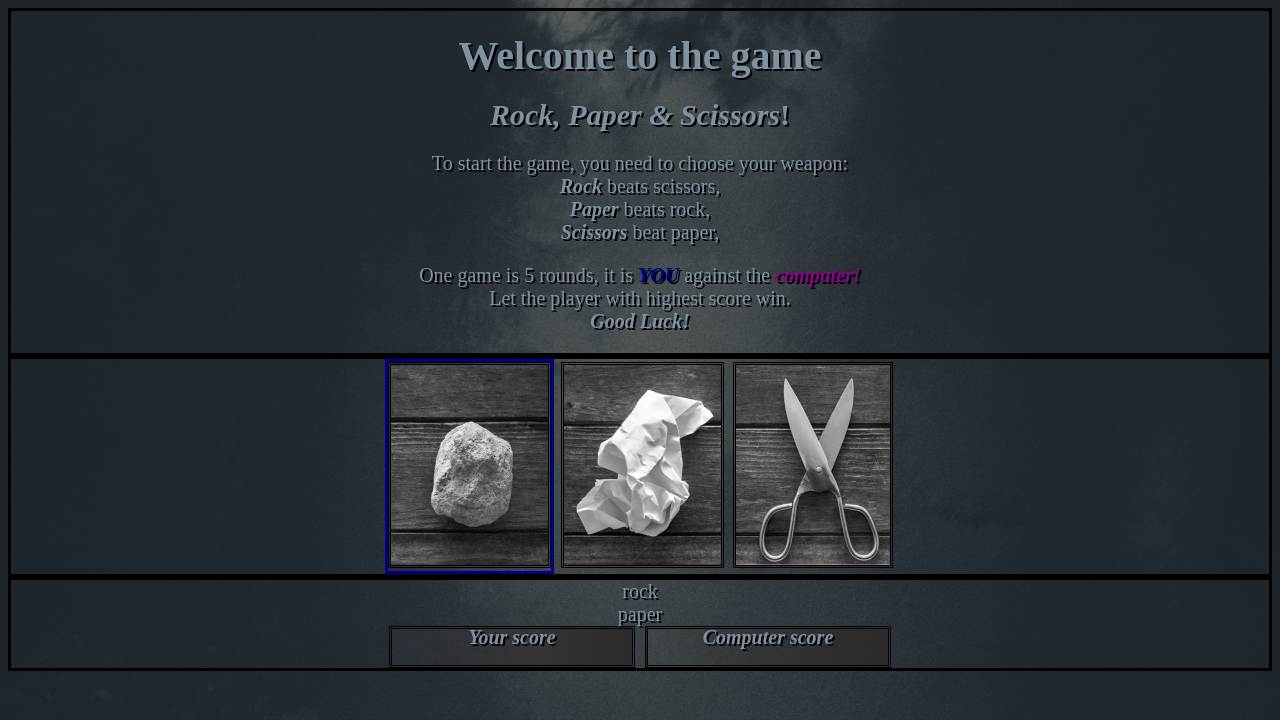
Repository: agneta1991/rock-paper-scissors
Page: Desktop/coding/index.html
An editor plug-in stored every save of this project. The page is shown before and after the next save, followed by the edit.
The browser window is 1280 px wide. The pictures show the whole page.
After loading, the first visible `button.rock` was clicked once.

Above is the page before, as saved 2023-03-03 10:13:39.

### Desktop/coding/index.html
<!DOCTYPE html>
<html lang="en">
<head>
    <meta charset="UTF-8">
    <title>Rock Paper Scissors</title>
    <link rel="styleSheet" href='styles.css'>
</head>
<body>
    <script src="javascript.js" defer></script>
    <div class="container1">
        <div class="title">
            <h1>Welcome to the game </h1>
            <h2><span>Rock, Paper & Scissors</span>!</h2>
            <p>To start the game, you need to choose your weapon:<br>
            <span>Rock</span> beats scissors, <br>
            <span>Paper</span> beats rock, <br>
            <span>Scissors</span> beat paper,</p>
            <p>One game is 5 rounds, it is <span style="color: darkblue">YOU</span> against the <span style="color: darkmagenta">computer!</span><br>
            Let the player with highest score win.<br>
        <span>Good Luck!</span></p>
        </div>
    </div>
    <div class ="container2">
        <div class="options">
            <button class="rock"> <img src='images/rock.png'></button>
            <button class="paper"><img src='images/paper.png'></button>
            <button class="scissors"><img src='images/scissors.png'></button>
        </div>
    </div>
    <div class="container3">
        <div id="playerChoice"></div><div id="computerChoice"></div>
        <div class="score">
            <div class="playerScore"><span>Your score<span></span>
            <p class="displayedPlayerScore"></p></div>
            <div class="computerScore"><span>Computer score<span></span>
            <p class="displayedComputerScore"></p></div></div>
        </div>
    </div>
</body>
</html>

### Desktop/coding/styles.css
body{
    background-image: url('images/background.jpg');
    background-size:100%;
}
h1, h2{
    line-height: 90%;
}

.container1, .container2, .container3{
    border: solid black;
    color: rgb(128, 146, 161);
    text-shadow: 2px 2px black;
    font-size: 20px;
}
span{
    font-weight: bold;
    font-style: italic;
}
.container1{
    display: flex;
    justify-content: center;
    text-align: center;
}


img{
    width: auto ;
    height: 200px ;
    border-style: double;
}

.container2 {
    display: flex;
    justify-content: center;
    gap: 8px;
}
button{
    background-color: transparent;
    padding: 0%;
    border-color: transparent;
}


img {
    -webkit-filter:
    grayscale(100%);
    filter:grayscale(100%);
    -webkit-transition: .2s
    ease-in-out;
    transition: .2s ease-in-out;

}

img:hover {
    -webkit-filter:grayscale(0);
    filter:grayscale(0);

}

.playerScore, .computerScore {
    line-height: 80%;
    border: black;
    width: 240px;
    border-style: double;
    background-image: linear-gradient(to right, rgba(156, 146, 146, 0.055),rgb(44, 42, 42) );
}

.score{
    display: flex;
    justify-content: center;
    text-align: center;
    gap: 10px;

}

#playerChoice, #computerChoice{
    padding: 0%;
    display: flex;
    justify-content: center;
    text-align: center;
}

### Desktop/coding/javascript.js
const choice = ['rock', 'paper', 'scissors'];
function getComputerChoice(){
    let randomChoice = choice[Math.floor(Math.random()*choice.length)];
    document.getElementById('computerChoice').innerHTML = randomChoice;
}

let btn = document.querySelectorAll('button');
btn.forEach((individualBtn)=>{
    individualBtn.addEventListener('click', function getPlayersChoice(){
        let playerChoice = individualBtn.className;
        document.getElementById('playerChoice').innerHTML = playerChoice;

        if (playerChoice === 'rock' || 'paper' || 'scissors'){
            addColor();
        };

        function addColor(){
            individualBtn.style.border = 'solid darkblue';
        };

    });
    getComputerChoice();
});

After the next save:
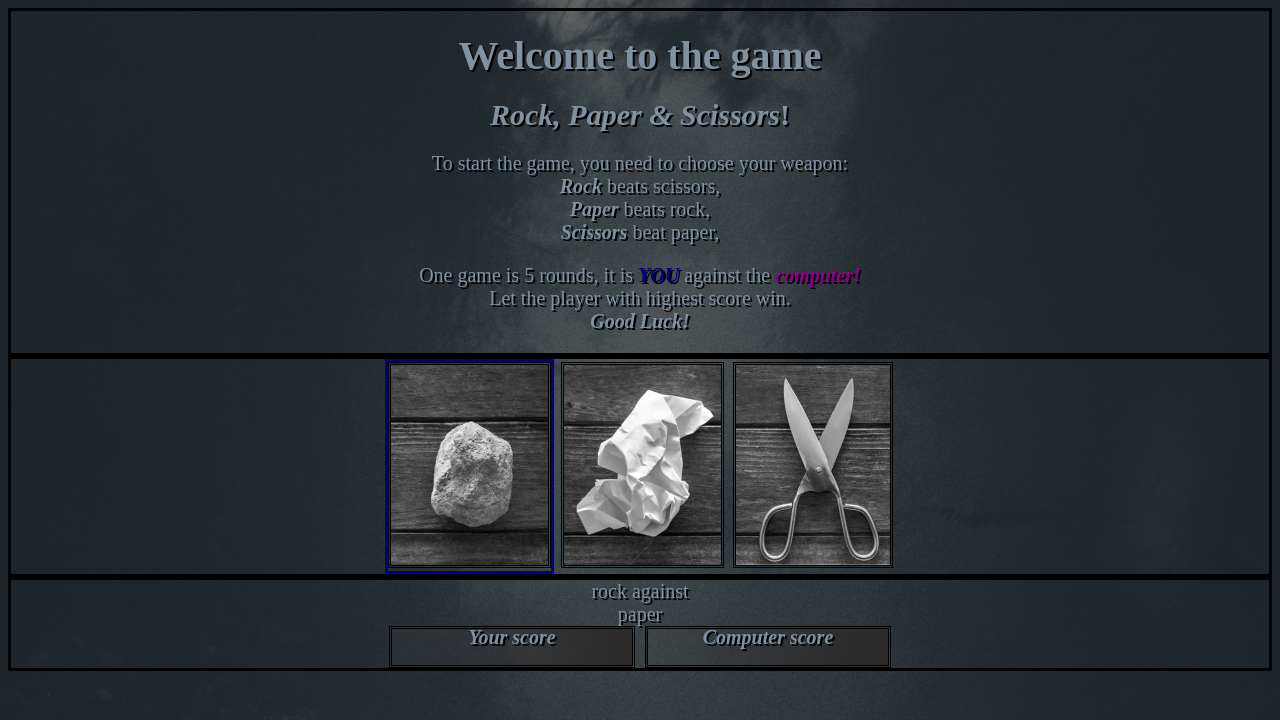
Saved 15 s later.
--- a/Desktop/coding/javascript.js
+++ b/Desktop/coding/javascript.js
@@ -8,7 +8,7 @@ let btn = document.querySelectorAll('button');
 btn.forEach((individualBtn)=>{
     individualBtn.addEventListener('click', function getPlayersChoice(){
         let playerChoice = individualBtn.className;
-        document.getElementById('playerChoice').innerHTML = playerChoice;
+        document.getElementById('playerChoice').innerHTML = playerChoice + " against ";
 
         if (playerChoice === 'rock' || 'paper' || 'scissors'){
             addColor();
